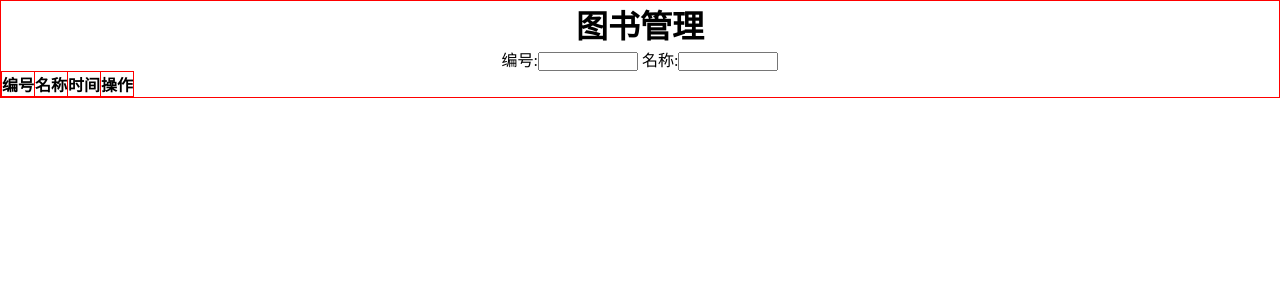
Repository: chenguocan/Vue_demo_1
Page: vue_demo_03/图书管理.html
The author's editor kept a copy of each file at every save. The page is drawn from the files as they stood at one save, then again after the next save.
The browser window is 1280 px wide. The pictures show the whole page.

Above is the page before, as saved 2020-07-21 16:05:23.

### vue_demo_03/图书管理.html
<!DOCTYPE html>
<html lang="en">
  <head>
    <meta charset="UTF-8" />
    <meta name="viewport" content="width=device-width, initial-scale=1.0" />
    <title>Document</title>
    <style>
      * {
        margin: 0;
        padding: 0;
        box-sizing: border-box;
      }
      .book {
        border: 1px solid red;
        text-align: center;
      }
      table {
        border-collapse: collapse;
      }
      th {
        border: 1px solid red;
        border-collapse: collapse;
      }
      input {
        width: 100px;
      }
    </style>
  </head>
  <body>
    <div class="book">
      <h1>图书管理</h1>
      <table>
        <tr>
          编号:<input type="text" name="id" />
          名称:<input type="text" name="bookname" />
        </tr>
        <thead>
          <tr>
            <th>编号</th>
            <th>名称</th>
            <th>时间</th>
            <th>操作</th>
          </tr>
        </thead>
      </table>
      <table></table>
    </div>
  </body>
  <script src="./js/vue.js"></script>
</html>

Loaded but not shown: vue_demo_03/js/vue.js (library)

After the next save:
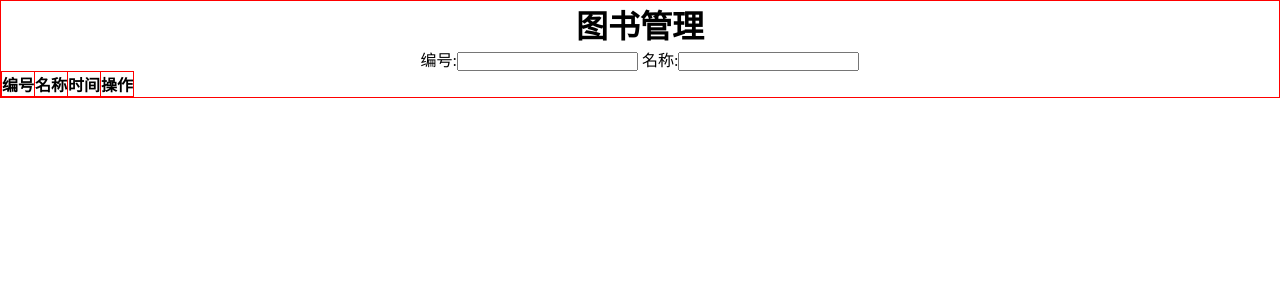
Saved 6 s later.
--- a/vue_demo_03/图书管理.html
+++ b/vue_demo_03/图书管理.html
@@ -20,9 +20,6 @@
       th {
         border: 1px solid red;
         border-collapse: collapse;
-      }
-      input {
-        width: 100px;
       }
     </style>
   </head>
